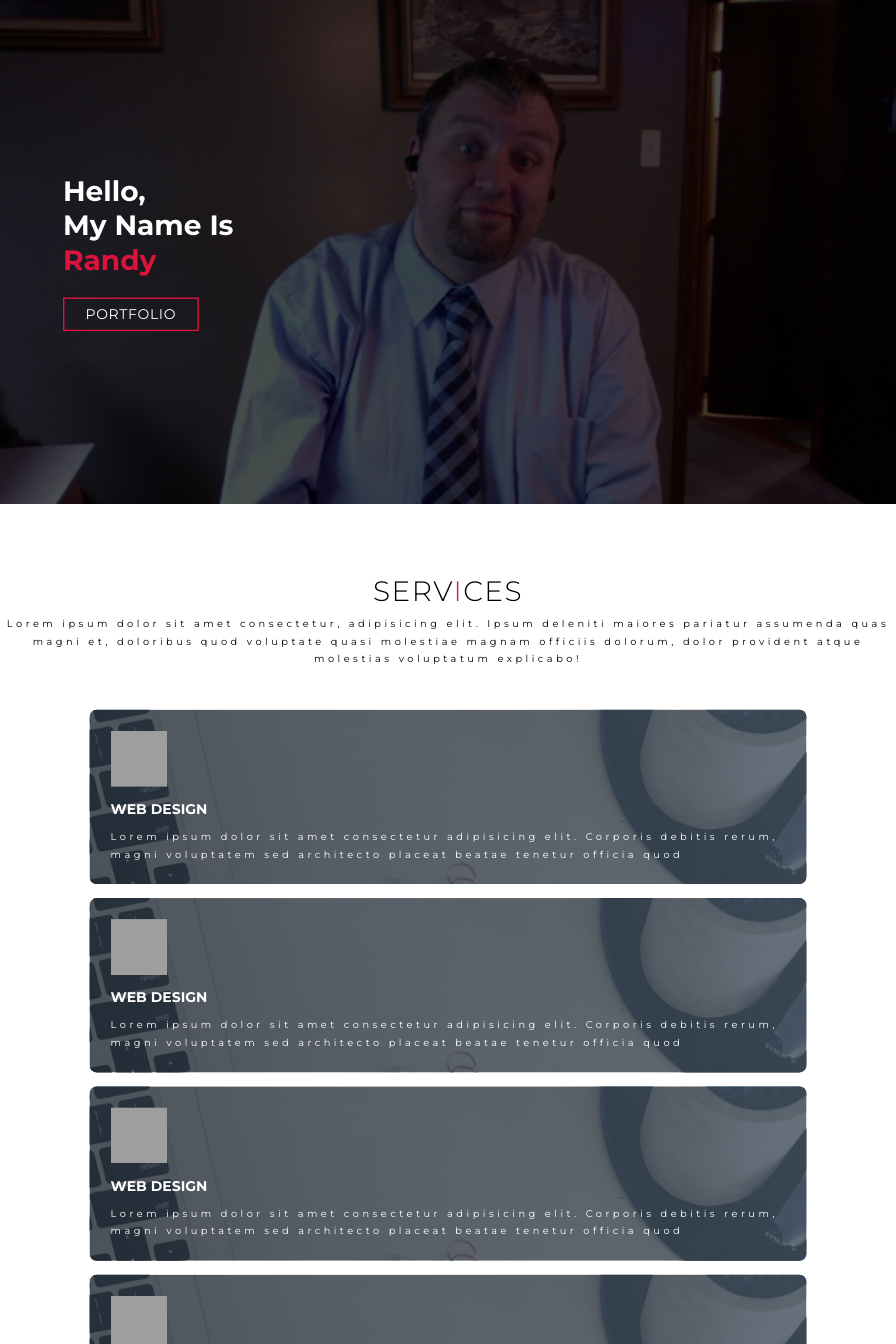
Repository: randysteele/my-portfolio-2023
Page: index.html
These files come from the project's save history. The page is drawn as it stood at one moment and after the next save; the edit follows.
The browser window is 1280 px wide. The pictures show the part of the page from y = 0 to 1920 px (the page is 9311 px tall), at 70% of full size.
Pictures or frames that could not be fetched are drawn as grey boxes.

Above is the page before, as saved 2023-04-23 16:50:20.

### index.html
<!DOCTYPE html>
<html lang="en">
<head>
    <meta charset="UTF-8">
    <meta http-equiv="X-UA-Compatible" content="IE=edge">
    <meta name="viewport" content="width=device-width, initial-scale=1.0">
    <link rel="stylesheet" href="style.css">
    <title>Randy Steele Portfolio</title>
</head>
<body>
    <!-- Hero Section -->
    <section id="hero">
        <div class="hero container">
            <div>
            <h1>Hello, <span></span></h1>
            <h1>My Name Is <span></span></h1>
            <h1>Randy <span></span></h1>
            <a href="#" type="button" class="cta">Portfolio</a>
        </div>
    </div>
    </section>
    <!-- End Hero Section -->

    <!-- Services Section -->
    <section id="services">
        <div class="services container">
          <div class="service-top">
            <h1 class="section-title">Serv<span>i</span>ces</h1>
            <p>Lorem ipsum dolor sit amet consectetur, adipisicing elit. Ipsum deleniti maiores pariatur assumenda quas
              magni et, doloribus quod voluptate quasi molestiae magnam officiis dolorum, dolor provident atque molestias
              voluptatum explicabo!</p>
          </div>
          <div class="service-bottom">
            <div class="service-item">
              <div class="icon"><img src="https://img.icons8.com/bubbles/100/000000/services.png" /></div>
              <h2>Web Design</h2>
              <p>Lorem ipsum dolor sit amet consectetur adipisicing elit. Corporis debitis rerum, magni voluptatem sed
                architecto placeat beatae tenetur officia quod</p>
            </div>
            <div class="service-item">
              <div class="icon"><img src="https://img.icons8.com/bubbles/100/000000/services.png" /></div>
              <h2>Web Design</h2>
              <p>Lorem ipsum dolor sit amet consectetur adipisicing elit. Corporis debitis rerum, magni voluptatem sed
                architecto placeat beatae tenetur officia quod</p>
            </div>
            <div class="service-item">
              <div class="icon"><img src="https://img.icons8.com/bubbles/100/000000/services.png" /></div>
              <h2>Web Design</h2>
              <p>Lorem ipsum dolor sit amet consectetur adipisicing elit. Corporis debitis rerum, magni voluptatem sed
                architecto placeat beatae tenetur officia quod</p>
            </div>
            <div class="service-item">
              <div class="icon"><img src="https://img.icons8.com/bubbles/100/000000/services.png" /></div>
              <h2>Web Design</h2>
              <p>Lorem ipsum dolor sit amet consectetur adipisicing elit. Corporis debitis rerum, magni voluptatem sed
                architecto placeat beatae tenetur officia quod</p>
            </div>
          </div>
        </div>
      </section>
<!-- End Services Section -->

 <!-- Projects Section -->
 <section id="projects">
    <div class="projects container">
      <div class="projects-header">
        <h1 class="section-title">Recent <span>Projects</span></h1>
      </div>
      <div class="all-projects">
        <div class="project-item">
          <div class="project-info">
            <h1>Project 1</h1>
            <h2>Coding is Love</h2>
            <p>Lorem, ipsum dolor sit amet consectetur adipisicing elit. Ad, iusto cupiditate voluptatum impedit unde
              rem ipsa distinctio illum quae mollitia ut, accusantium eius odio ducimus illo neque atque libero non sunt
              harum? Ipsum repellat animi, fugit architecto voluptatum odit et!</p>
          </div>
          <div class="project-img">
            <img src="./img/img-1.png" alt="img">
          </div>
        </div>
        <div class="project-item">
          <div class="project-info">
            <h1>Project 2</h1>
            <h2>Coding is Love</h2>
            <p>Lorem, ipsum dolor sit amet consectetur adipisicing elit. Ad, iusto cupiditate voluptatum impedit unde
              rem ipsa distinctio illum quae mollitia ut, accusantium eius odio ducimus illo neque atque libero non sunt
              harum? Ipsum repellat animi, fugit architecto voluptatum odit et!</p>
          </div>
          <div class="project-img">
            <img src="./img/img-1.png" alt="img">
          </div>
        </div>
        <div class="project-item">
          <div class="project-info">
            <h1>Project 3</h1>
            <h2>Coding is Love</h2>
            <p>Lorem, ipsum dolor sit amet consectetur adipisicing elit. Ad, iusto cupiditate voluptatum impedit unde
              rem ipsa distinctio illum quae mollitia ut, accusantium eius odio ducimus illo neque atque libero non sunt
              harum? Ipsum repellat animi, fugit architecto voluptatum odit et!</p>
          </div>
          <div class="project-img">
            <img src="./img/img-1.png" alt="img">
          </div>
        </div>
        <div class="project-item">
          <div class="project-info">
            <h1>Project 4</h1>
            <h2>Coding is Love</h2>
            <p>Lorem, ipsum dolor sit amet consectetur adipisicing elit. Ad, iusto cupiditate voluptatum impedit unde
              rem ipsa distinctio illum quae mollitia ut, accusantium eius odio ducimus illo neque atque libero non sunt
              harum? Ipsum repellat animi, fugit architecto voluptatum odit et!</p>
          </div>
          <div class="project-img">
            <img src="./img/img-1.png" alt="img">
          </div>
        </div>
        <div class="project-item">
          <div class="project-info">
            <h1>Project 5</h1>
            <h2>Coding is Love</h2>
            <p>Lorem, ipsum dolor sit amet consectetur adipisicing elit. Ad, iusto cupiditate voluptatum impedit unde
              rem ipsa distinctio illum quae mollitia ut, accusantium eius odio ducimus illo neque atque libero non sunt
              harum? Ipsum repellat animi, fugit architecto voluptatum odit et!</p>
          </div>
          <div class="project-img">
            <img src="./img/img-1.png" alt="img">
          </div>
        </div>
      </div>
    </div>
  </section>
  <!-- End Projects Section -->


<!-- End Projects Section -->

<!-- About Section -->

<section id="about">
    <div class="about container">
        <div class="col-left">
            <div class="about-img">
                <img src="./img/about.jpeg" alt="img">
            </div>
        </div>
        <div class="col-right">
            <h1 class="section-title">About <span>me</span></h1>
            <h2>Front End Developer</h2>
            <p>Lorem, ipsum dolor sit amet consectetur adipisicing elit. Ad, iusto cupiditate voluptatum impedit unde
                rem ipsa distinctio illum quae mollitia ut, accusantium eius odio ducimus illo neque atque libero non sunt
                harum? Ipsum repellat animi, fugit architecto voluptatum odit et!</p>
                <a class="cta" href="#">Download Resume</a>
        </div>
    </div>
</section>

<!-- End About Section -->

</body>
</html>


<a target="_blank" href="https://icons8.com/icon/53429/home-page">Icons Provided by</a>  <a target="_blank" href="https://icons8.com">Icons8</a>

### style.css
@import url('https://fonts.googleapis.com/css2?family=Montserrat:wght@300;400;700&display=swap');
* {
    padding: 0;
    margin: 0;
    box-sizing: border-box;
}
html {
    font-size: 10px;
    font-family: "Montserrat", "sans-serif";
}
a {
    text-decoration: none;
}
.container {
    min-height: 100vh;
    width: 100%;
    display: flex;
    align-items: center;
    justify-content: center;
}

img{
    height: 100%;
    width: 100%;
    object-fit: cover;
}

p {
    color: black;
    font-size: 1.4rem;
    margin-top: 5px;
    line-height: 2.5rem;
    font-weight: 300px;
    letter-spacing: 0.5rem;
}

.section-title {
    font-size: 4rem;
    font-weight: 300;
    color: black;
    margin-bottom: 10px;
    text-transform: uppercase;
    letter-spacing: .2rem;
    text-align: center;
}

.section-title span {
    color: crimson;
}



/* Hero Section */
#hero {
    background-image: url(./img/me1.jpeg);
    background-size: cover;
    background-position: top center;
    position: relative;
    z-index: 1;
}
#hero::after{
    content: '';
    position: absolute;
    left: 0;
    top: 0;
    height: 100%;
    width: 100%;
    background-color: black;
    opacity: 0.7;
    z-index: -1;
}
#hero .hero{
    max-width: 1200px;
    margin: 0 auto;
    padding: 0 50px;
    justify-content: flex-start;
}
#hero h1{
    display: block;
    width: fit-content;
    font-size: 4rem;
    position: relative;
    color: transparent;
    animation: text_reveal 1s ease forwards;
    animation-delay: 1s
}
#hero h1:nth-child(1){
    animation-delay: 1s;
}
#hero h1:nth-child(2){
    animation-delay: 2s;
}
#hero h1:nth-child(3){
    animation: text_reveal_name .5s ease forwards;
    animation-delay: 3s;
}

.cta {
  display: inline-block;
  padding: 10px 30px;
  color: white;
  background-color: transparent;
  border: 2px solid crimson;
  font-size: 2rem;
  text-transform: uppercase;
  letter-spacing: 0.1rem;
  margin-top: 30px;
  transition: 0.3s ease;
  transition-property: background-color, color;
}
.cta:hover {
    color: white;
    background-color: crimson;
}
#hero h1 span {
    position: absolute;
    top: 0;
    left: 0;
    height: 100%;
    width: 0;
    background-color: crimson;
    animation: text_reveal_box 1s ease;
    animation-delay: .3s;
}

#hero h1:nth-child(1) span {
    animation-delay: 1s;
}
#hero h1:nth-child(2) span {
    animation-delay: 2s;
}

#hero h1:nth-child(3) span {
    animation-delay: 3s;
}

/* End Hero Section */


/* Services Section */

#services .services{
 flex-direction: column;
 text-align: center;
 max-width: 1500px;
 margin: 0 auto;
 padding: 100px 0;
}


#services .service-top p {
    color: black;
    font-size: 1.4rem;
    margin-top: 5px;
    line-height: 2.5rem;
    font-weight: 300px;
    letter-spacing: 0.5rem;
}

#services .service-bottom {
    display: flex;
    align-items: center;
    justify-content: center;
    flex-wrap: wrap;
    margin-top: 50px;
}

#services .service-item {
    flex-basis: 80%;
    display: flex;
    align-items: flex-start;
    justify-content: center;
    flex-direction: column;
    padding: 30px;
    border-radius: 10px;
    background-image: url(./img/img-1.png);
    background-size: cover;
    margin: 10px 5%;
    position: relative;
    z-index: 1;
    overflow: hidden;
}

#services .service-item::after {
    content: "";
    position: absolute;
    left: 0;
    top: 0;
    height: 100%;
    width: 100%;
    background-image: linear-gradient(60deg, #29323c 0%, #485563 100%);
    opacity: .8;
    z-index: -1;
}

#services .service-bottom .icon {
  height: 80px;
  width: 80px;
  margin-bottom: 20px;
}

#services .service-item h2 {
    font-size: 2rem;
    color: white;
    margin-bottom: 10px;
    text-transform: uppercase;
}

#services .service-item p{
    color: white;
    text-align: left;
}
/* End Services Section */


/* Projects Section */

#projects .projects{
    flex-direction: column;
    max-width: 1200px;
    margin: 0 auto;
    padding: 100px 0;
}

#projects .projects-header h1{
margin-bottom: 50px;
}

#projects .all-projects {
    display: flex;
    align-items: center;
    justify-content: center;
    flex-direction: column;
}

#projects .project-item {
    display: flex;
    align-items: center;
    justify-content: center;
    flex-direction: column;
    width: 80%;
    margin: 20px auto;
    overflow: hidden;
    border-radius: 10px;

}

#projects .project-info {
    padding: 30px;
    flex-basis: 50%;
    height: 100%;
    display: flex;
    align-items: flex-start;
    justify-content: center;
    flex-direction: column;
    background-image: linear-gradient(60deg, #29323c 0%, #485563 100%);
    color: white;
}
#projects .project-info h1{
    font-size: 4rem;
    font-weight: 500;
}

#projects .project-info h2{
 font-size: 1.8rem;
 font-weight: 500;
 margin-top: 10px;
}

#projects .project-info p {
    color: white;
}

#projects .project-img{
    flex-basis: 50%;
    height: 300px;
    overflow: hidden;
}
#projects .project-img:after {
    content: '';
    position: absolute;
    left: 0;
    top: 0;
    height: 100%;
    width: 100%;
    background-image: linear-gradient(60deg, #29323c 0%, #485563 100%);
    opacity: .7;
}
#projects .project-img img {
    transition: .3s ease transform;
}
#projects .project-item:hover .project-img img {
    transform: scale(1.1);
}
/* End Projects Section */

/* About Section */
#about .about {
    flex-direction: column-reverse;
    text-align: center;
    max-width: 1200px;
    margin: 0 auto;
    padding: 100px 20px;
}
#about .col-left{
   width: 250px;
   height: 360px;
}

#about .col-right{
    width: 100%;
}

#about .col-right h2{
    font-size: 1.8rem;
    font-weight: 500;
    letter-spacing: .2rem;
    margin-bottom: 10px;
}

#about .col-right p{
    margin-bottom: 20px;
}

#about .col-right .cta{
    color: black;
    margin-bottom: 50px;
    padding: 10px 20px;
    font-size: 2rem;
}
#about .col-left .about-img img{
    position: relative;
}


#about .col-left .about-img img::after {
    content: "";
    position: absolute;
    left: -33px;
    top: 19px;
    height: 98%;
    width: 98%;
    border: 7px solid crimson;
}




/* End About Section */






/* Keyframes */

@keyframes text_reveal_box {
    50%{
        width: 100%;
        left: 0;
    }
    100%{
        width: 0;
        left: 100%;
    }
}

@keyframes text_reveal{
    100%{
        color: white;

    }
}
@keyframes text_reveal_name{
    100%{
        color: crimson;
        font-weight: 500px;
    }
}

/* End Keyframes  */




/* End Services Section */

After the next save:
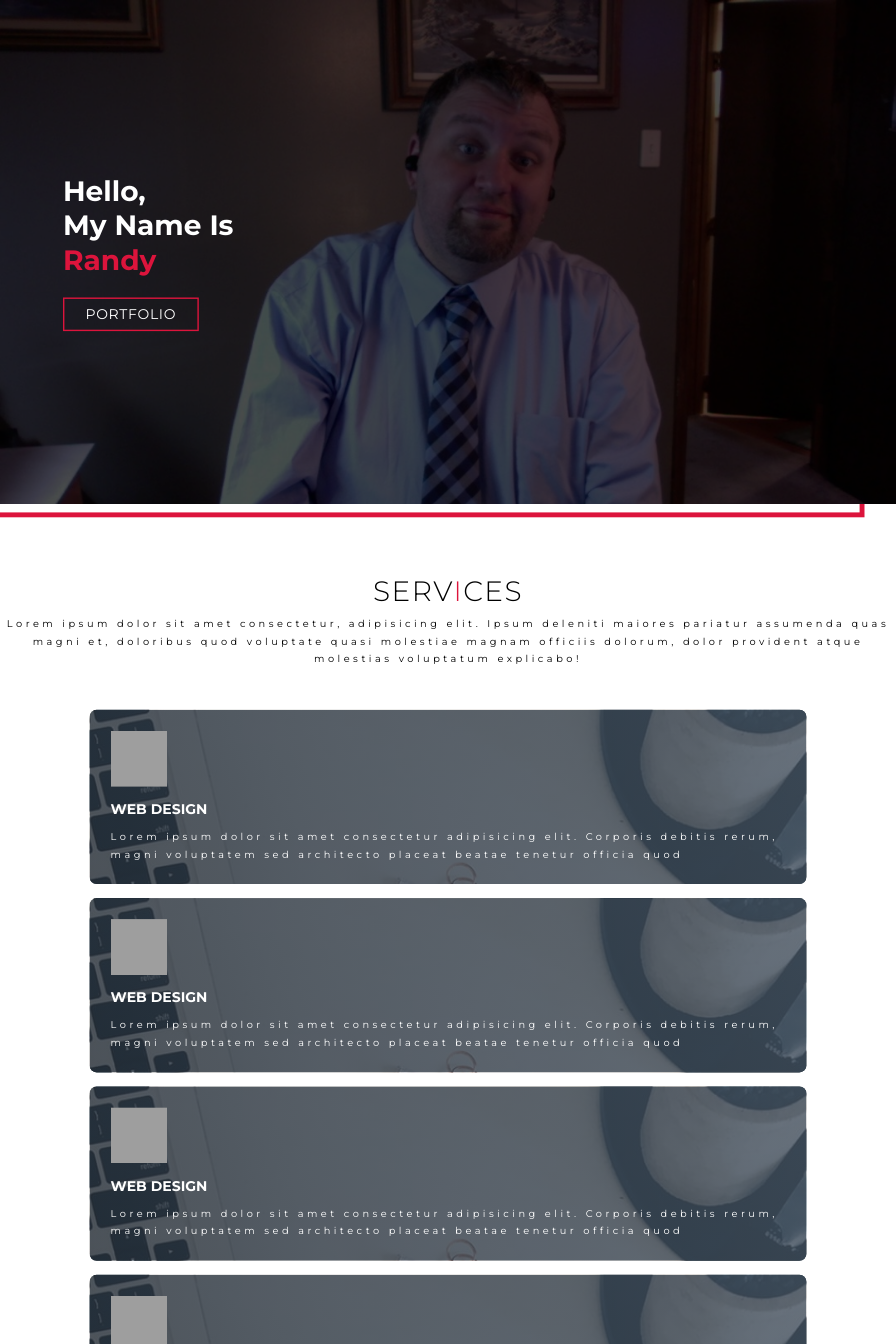
Saved 60 s later.
--- a/style.css
+++ b/style.css
@@ -333,7 +333,7 @@
 }
 
 
-#about .col-left .about-img img::after {
+#about .col-left .about-img::after {
     content: "";
     position: absolute;
     left: -33px;

After the save that followed:
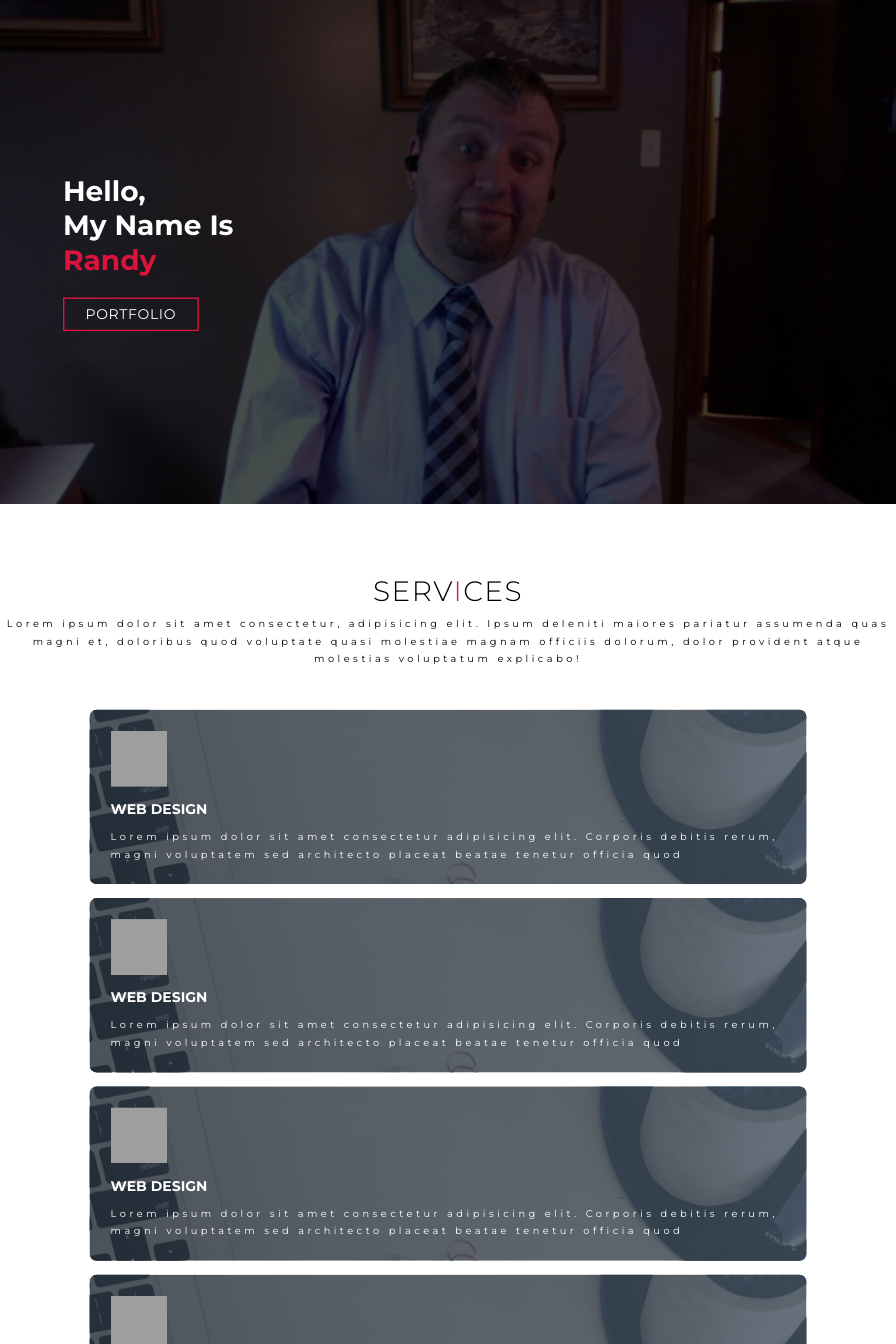
Saved 43 s later.
--- a/style.css
+++ b/style.css
@@ -328,10 +328,9 @@
     padding: 10px 20px;
     font-size: 2rem;
 }
-#about .col-left .about-img img{
+#about .col-left .about-img {
     position: relative;
 }
-
 
 #about .col-left .about-img::after {
     content: "";
